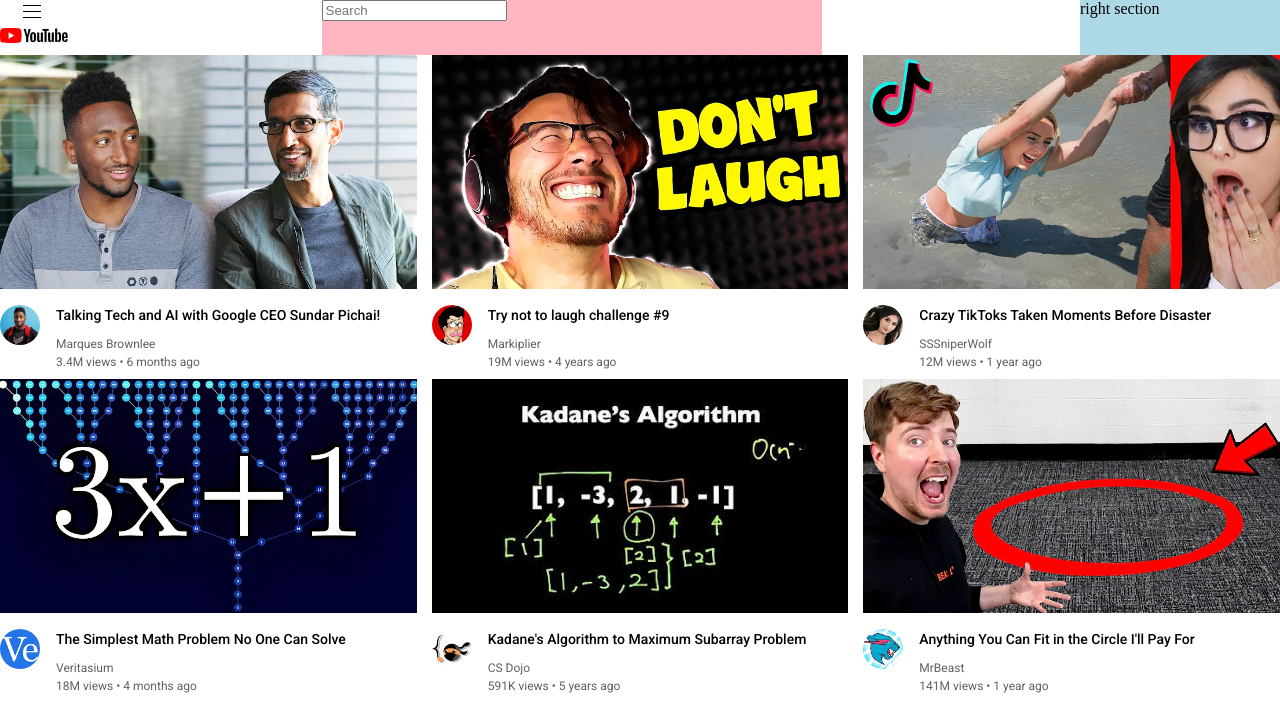
Repository: idahcarts-ux/html-css
Page: youtube.html
An editor plug-in stored every save of this project. The page is shown before and after the next save, followed by the edit.
The browser window is 1280 px wide. The pictures show the whole page.

Above is the page before, as saved 2025-11-19 16:56:05.

After the next save:
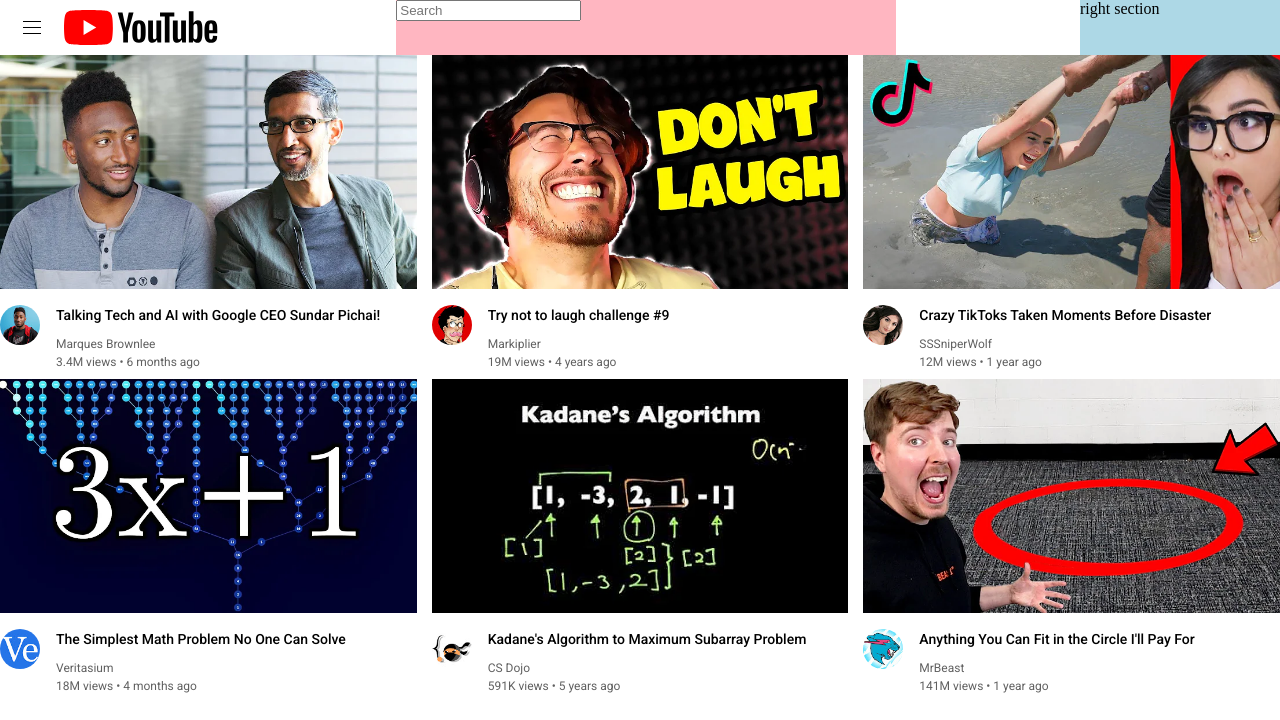
Saved 6 s later.
--- a/styles/header.css
+++ b/styles/header.css
@@ -7,7 +7,7 @@
     justify-content: space-between;
   }
 
-  .left-section {}
+  .left-section {
   display: flex;
    align-items: center;
 
